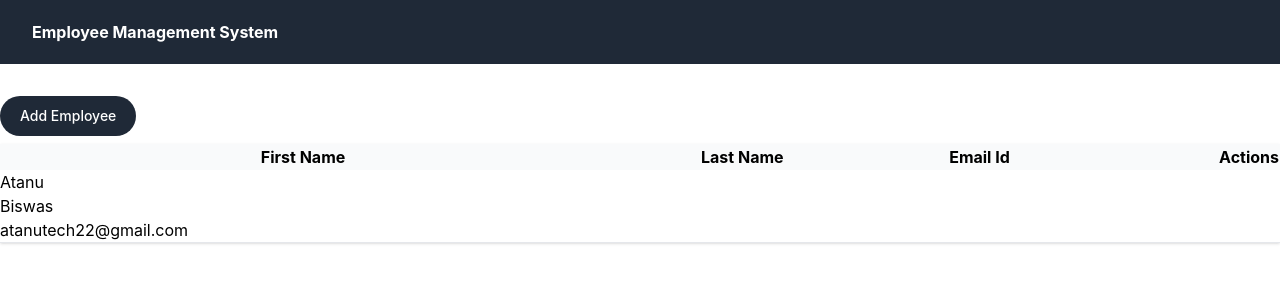
Repository: Atanu484/Full-Stack-Employee-Management-System
Page: / (app in employee-system-frontend/)
The author's editor kept a copy of each file at every save. The page is drawn from the files as they stood at one save, then again after the next save.
The browser window is 1280 px wide. The pictures show the whole page.
The project was rebuilt for these pictures with package versions that can differ from the ones it lists, and the page was loaded fresh each time. Also part of the build but not shown: employee-system-frontend/src/App.css, employee-system-frontend/src/services/EmployeeService.js, employee-system-frontend/src/components/AddEmployee.js.

Above is the page before, as saved 2022-08-15 04:50:49.

After the next save:
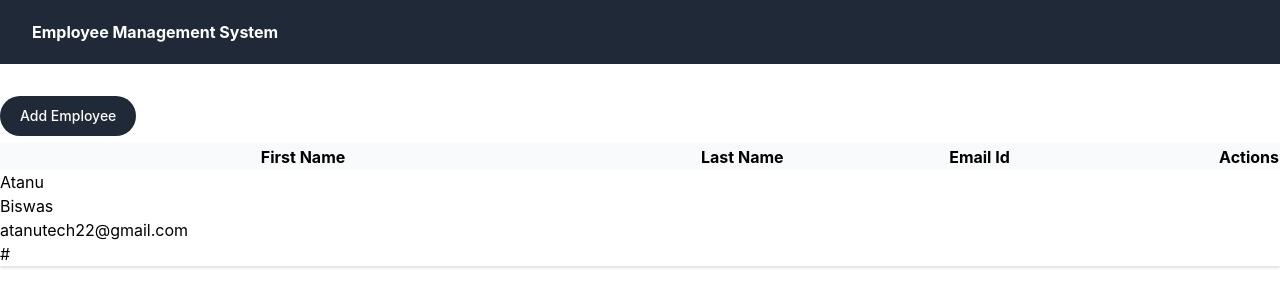
Saved 20 s later.
--- a/employee-system-frontend/src/components/EmployeeList.js
+++ b/employee-system-frontend/src/components/EmployeeList.js
@@ -20,7 +20,7 @@ const EmployeeList = () => {
                         <tr>Atanu</tr>
                         <tr>Biswas</tr>
                         <tr>atanutech22@gmail.com</tr>
-                        <tr></tr>
+                        <tr>#</tr>
                     </tbody>
                 </table>
             </div>
